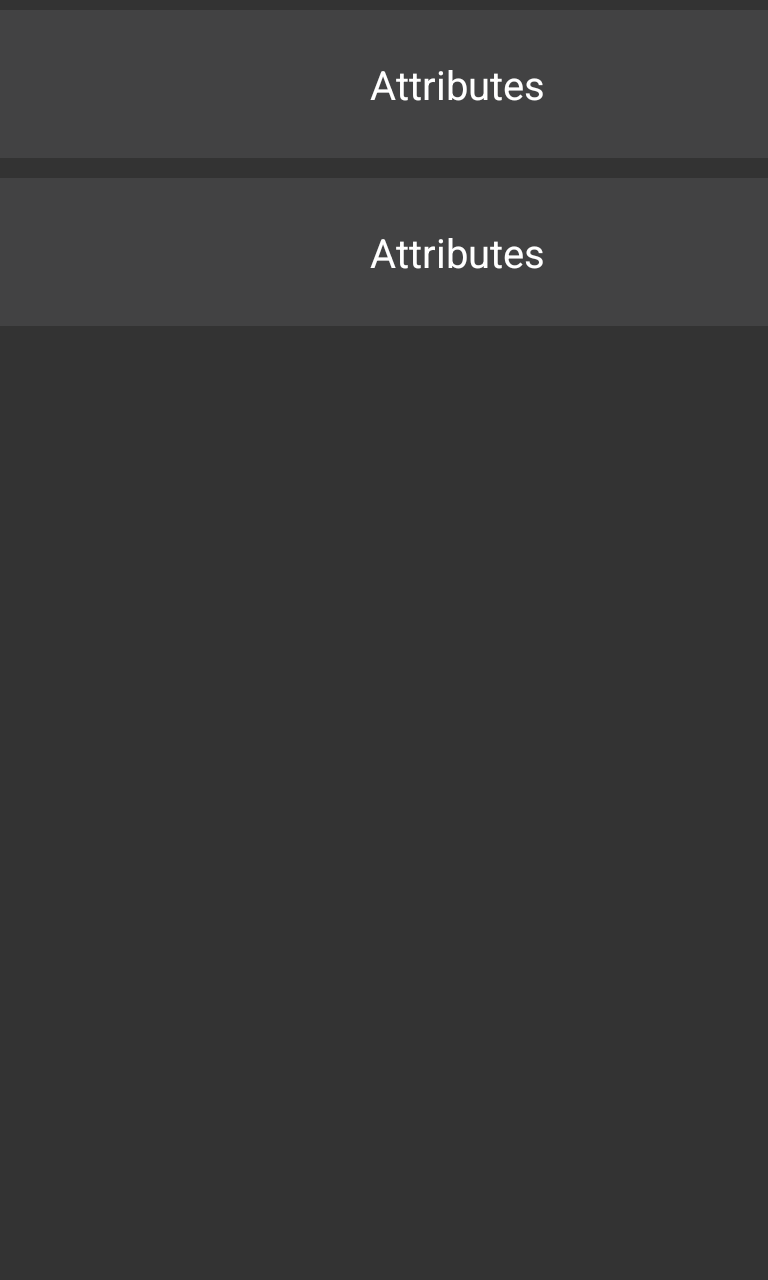
Repository: w9jds/Android-EveProfiler
Layout: EveProfiler/res/layout/drawerview.xml
The author's editor kept a copy of each file at every save. The layout is drawn from the files as they stood at one save, then again after the next save.
It is drawn on a 768 x 1280 px phone screen (xhdpi) without system bars, with theme AppTheme; the app's code is not run.

Above is the layout before, as saved 2013-05-12 05:29:22.

After the next save:
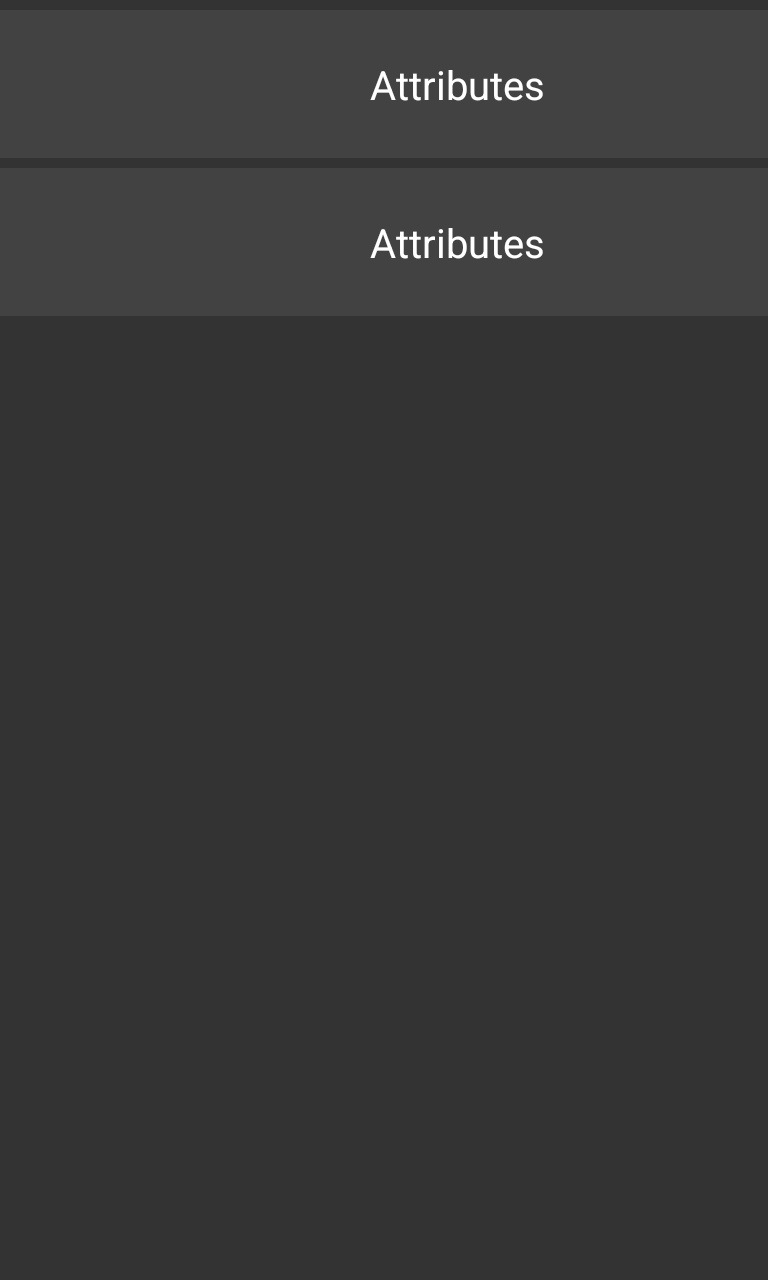
Saved 20 s later.
--- a/EveProfiler/res/layout/drawerview.xml
+++ b/EveProfiler/res/layout/drawerview.xml
@@ -50,7 +50,6 @@
             android:layout_width="fill_parent"
             android:layout_height="wrap_content"
             android:layout_marginBottom="5dp"
-            android:layout_marginTop="5dp"
             android:background="@color/lightgrey"
             android:columnCount="2"
             android:rowCount="1"
